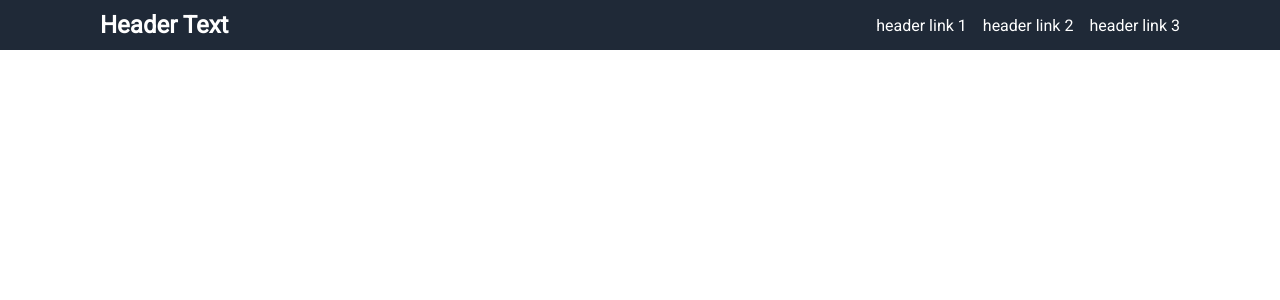
Repository: aaronestre/odin-landingpage
Page: index.html
These files come from the project's save history. The page is drawn as it stood at one moment and after the next save; the edit follows.
The browser window is 1280 px wide. The pictures show the whole page.

Above is the page before, as saved 2025-02-12 19:54:34.

After the next save:
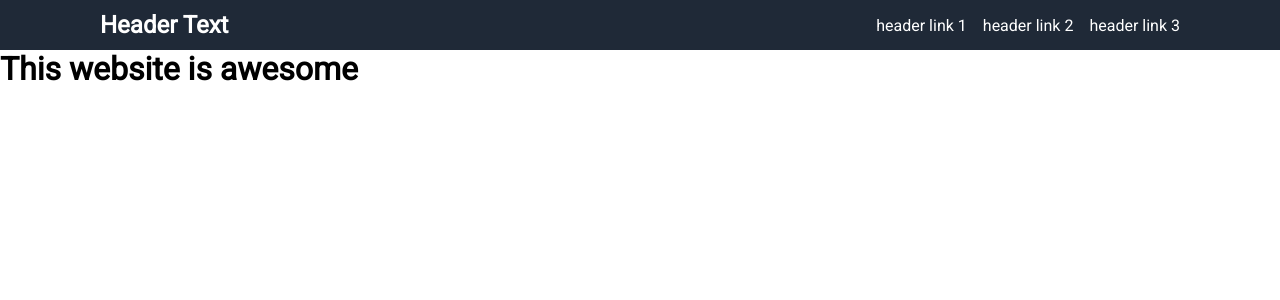
Saved 12 s later.
--- a/index.html
+++ b/index.html
@@ -28,6 +28,7 @@
         </div>
         <div class="hero">
             <div class="hero-left">
+                <h1>This website is awesome</h1>
             </div>
             <div class="hero-right">
             </div>
